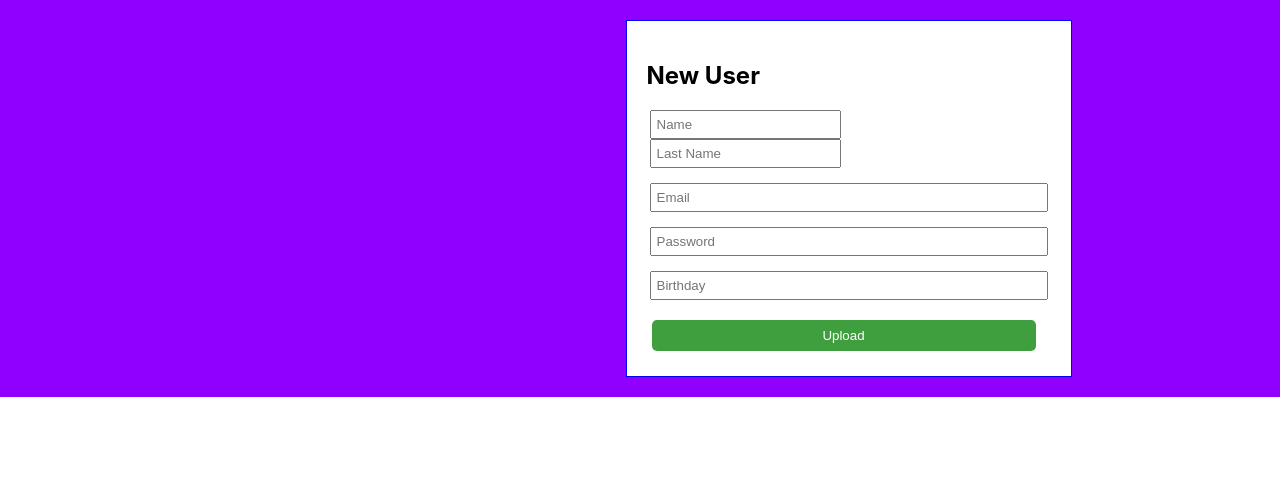
Repository: RobertAries28/CrudUsuarios
Page: /
The author's editor kept a copy of each file at every save. The page is drawn from the files as they stood at one save, then again after the next save.
The browser window is 1280 px wide. The pictures show the whole page.
The page's requests for data from a server got no answer. The project was rebuilt for these pictures with package versions that can differ from the ones it lists, and the page was loaded fresh each time. No one was signed in, and anything a server would have sent is missing.

Above is the page before, as saved 2022-05-23 19:34:18.

### src/App.js

import axios from 'axios';
import { useEffect, useState } from 'react';
import './App.css';
import UsersForm from './UsersForm';
import UsersList from './UsersList';

const App=()=> {

  const [users,setUsers]= useState([])
  useEffect(()=>{
    axios.get('https://users-crud1.herokuapp.com/users/')
    .then(res=>setUsers(res.data))

  },[]);
  console.log(users)
  return (
    <div className="App">
     <UsersList users={users}/>
     <UsersForm/>
    </div>
  );
}

export default App;

### src/App.css
.App{
  background: #8F00FF;
  height: 100%;
  padding: 20px 0;
  display: flex;
  justify-content: space-around;

}

ul{
  list-style: none;
  padding: 0;
  margin: 0 0;



}

.users{
  border-radius: 20px;


  display: flex;
  justify-content: space-around;
  align-items: center;
  border: 1px solid blue;
  background: white;
  padding: 20px 0;
}

.form{
  display: flex;
  flex-direction: column;
  justify-content: center;
  align-items: center;
  border: 1px solid blue;
  background: white;




}

.formUser{
  padding-left: 20px;
  padding-right: 40px;
  padding-top: 20px;
  padding-bottom: 20px;
  width: 30%;
  border: 1px solid blue;
  background: white;
  height: 40%;
}

input{
padding: 5px;
margin: 0 3px;


}

form{
  width: 100%;
}

.buttonDate{
  width: 100%;
  margin: 5px;
  padding: 8px;
  background: #3f9f3f;
  border: none;
  border-radius: 5px;
  color: white;
}

.date{
  width: 100%;
}
label{
  margin: 2px;
}


.dateUsers{
  margin: 15px 0;
}

### src/UsersForm.js
import React, { useEffect, useState } from 'react';
import './App.css';

const UsersForm = ({addUsers,updateUsers,userEdit,selectUsers}) => {

        const [name,setName]= useState("");

        const [lastName, setLatName] = useState("");
        const [email,setEmail]= useState("");


        const [birthday, setBirthday] = useState("")
        const [password, setPassword] = useState("")

      useEffect(()=>{
          console.log("Cambio productEdit")

          if(userEdit){
              setName(userEdit.name);
              setLatName(userEdit.lastName);
              setEmail(userEdit.email)
              setBirthday(userEdit.birthday)
              setPassword(userEdit.password)
          } else{
              setName("");
              setLatName("");
              setEmail("");
              setBirthday("");
              setPassword("")
          }
      },[userEdit])

        const submit=(e)=>{
            e.preventDefault();
            const user={

                name:name,
                lastName:lastName,
              email:email,
              birthday:birthday,
              password:password
            }

           if(userEdit){
               user.id= userEdit.id
             updateUsers(user);
           }else{

            addUsers(user)
        }



        }
        return (
            <div className='formUser'>
                <form onSubmit={submit}>
                  <h2>New User</h2>
                <div className='dateUsers'>

                      <input placeholder='Name' type="text"
                             id="name"
                             onChange={e=> setName(e.target.value)}
                                 value={name}
                             />


                      <input placeholder='Last Name' type="text"
                             id="lastname"
                             onChange={e=> setLatName(e.target.value)}
                                 value={lastName}
                             />
                  </div>

                  <div className='dateUsers'>

                      <input placeholder='Email' className='date' type="email"
                             id="email"
                             onChange={e=> setEmail(e.target.value)}
                                 value={email}
                             />
                  </div>

                  <div className='dateUsers'>

                      <input placeholder='Password' className='date' type="password"
                      id='password'
                      onChange={e=> setPassword(e.target.value)}
                      value={password} />
                  </div>

                  <div className='dateUsers'>

                      <input placeholder='Birthday' className='date' type="text"
                      id='birthday'
                      onChange={e=> setBirthday(e.target.value)}
                      value={birthday} />
                  </div>



                  <button className='buttonDate' >Upload</button>

                  {
                      userEdit &&
                      <button type='button'
                        onClick={()=> selectUsers(null)}
                      >Cancelar</button>
                  }
                </form>
            </div>
    );
}

export default UsersForm;

### src/UsersList.js
import React from 'react';
import './App.css';

const UsersList = ({users,removeProduct,selecProduct}) => {
    return (
        <div className='infoUsers'>
               <ul>
                {
                    users.map(user=>(
                        <li className='users' style={{marginBottom:"10px"}} key={user.id}>
                            <ul>
                                <li><b>Nombre: </b>{user.first_name}</li>
                                <li><b>Apellido: </b>{user.last_name}</li>
                                <li><b>Email: </b>{user.email}</li>
                                <li><b>Brithday: </b>{user.birthday}</li>
                            </ul>
                            <div className='button'>
                            <button onClick={()=>removeProduct(user.id)}>Eliminar</button>
                       <button onClick={()=>selecProduct(user)}>Actualizar</button>
                       </div>
                        </li>
                    ))
                }
            </ul>
        </div>
    );
}

export default UsersList;

Loaded but not shown: public/index.html (common file); src/index.js (common file); src/index.css (common file); src/reportWebVitals.js (common file)

After the next save:
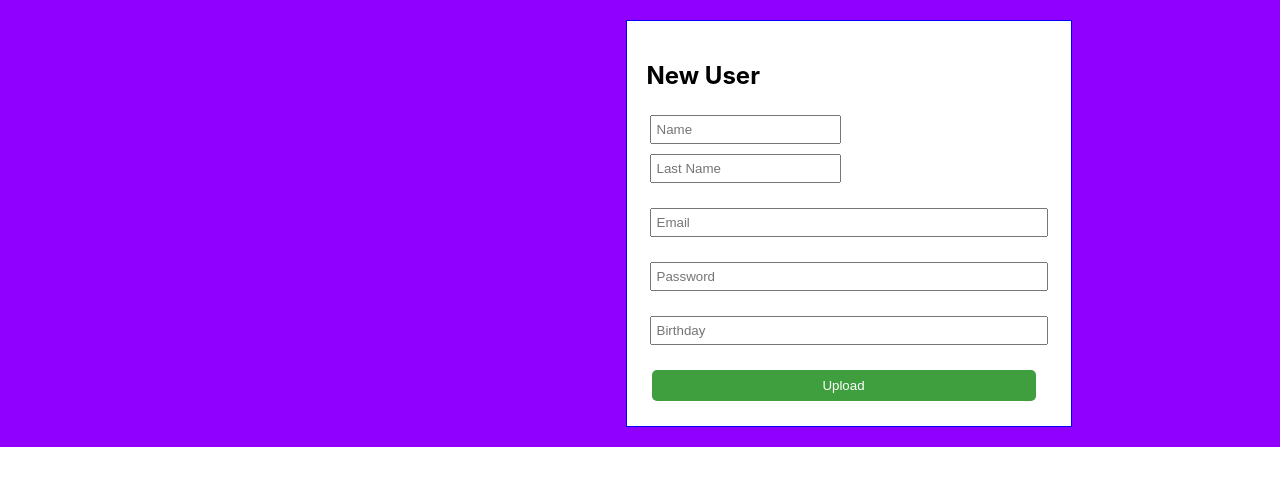
Saved 69 s later.
--- a/src/App.css
+++ b/src/App.css
@@ -54,7 +54,7 @@ ul{
 
 input{
 padding: 5px;
-margin: 0 3px;
+margin: 5px 3px;
 
 
 }
